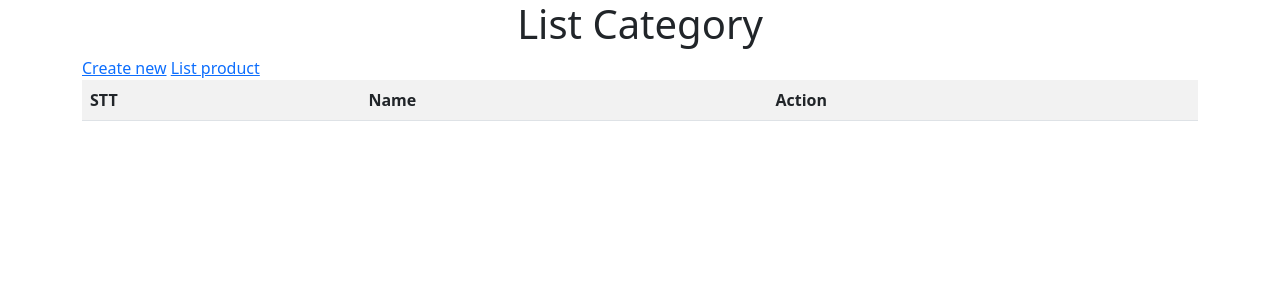
Repository: hongquan16101995/servlet-jw0124
Page: http://localhost/demo/categories?action=createPost
An editor plug-in stored every save of this project. The page is shown before and after the next save, followed by the edit.
The browser window is 1280 px wide. The pictures show the whole page.
The page is served by Tomcat 9. Other server files are loaded and not shown.

Above is the page before, as saved 2024-05-14 12:26:50.

### demo/src/main/webapp/category/list.jsp
<%@ page language="java" contentType="text/html; charset=ISO-8859-1"
    pageEncoding="ISO-8859-1"%>
<%@ taglib prefix = "c" uri = "http://java.sun.com/jsp/jstl/core" %>
<!DOCTYPE html>
<html>
<head>
<meta charset="ISO-8859-1">
<title>Insert title here</title>
<link href="https://cdn.jsdelivr.net/npm/bootstrap@5.0.2/dist/css/bootstrap.min.css" rel="stylesheet" integrity="sha384-EVSTQN3/azprG1Anm3QDgpJLIm9Nao0Yz1ztcQTwFspd3yD65VohhpuuCOmLASjC" crossorigin="anonymous">
<script src="https://cdn.jsdelivr.net/npm/bootstrap@5.0.2/dist/js/bootstrap.bundle.min.js" integrity="sha384-MrcW6ZMFYlzcLA8Nl+NtUVF0sA7MsXsP1UyJoMp4YLEuNSfAP+JcXn/tWtIaxVXM" crossorigin="anonymous"></script>
<style type="text/css">
	h1 {
		text-align: center;
	}

	.btn-primary {
		margin-bottom: 20px;
	}
</style>
</head>
<body>
<div class="container">
<h1>List Category</h1>
<a href="/demo/categories?action=createGet">Create new</a>
<a href="/demo/products">List product</a>
<table class="table table-striped">
	<tr>
		<th>STT</th>
		<th>Name</th>
		<th>Action</th>
	</tr>
	<c:forEach items="${categories}" var="c" varStatus="cs">
	<tr>
		<td>${cs.count }</td>
		<td>${c.name }</td>
		<td><a href="/demo/categories?action=updateGet&id=${c.id }"><button>Edit</button></a></td>
	</tr>
	</c:forEach>
</table>
</div>
</body>
</html>

### demo/src/main/java/controller/CategoryServlet.java
package controller;

import java.io.IOException;
import java.util.List;

import javax.servlet.ServletException;
import javax.servlet.annotation.WebServlet;
import javax.servlet.http.HttpServlet;
import javax.servlet.http.HttpServletRequest;
import javax.servlet.http.HttpServletResponse;

import model.Category;
import service.CategoryService;

/**
 * Servlet implementation class CategoryServlet
 */
@WebServlet("/categories")
public class CategoryServlet extends HttpServlet {
	private static final long serialVersionUID = 1L;
	private CategoryService categoryService = CategoryService.getInstance();

	/**
	 * @see HttpServlet#doGet(HttpServletRequest request, HttpServletResponse response)
	 */
	protected void doGet(HttpServletRequest request, HttpServletResponse response) throws ServletException, IOException {
		// TODO Auto-generated method stub
		String action = request.getParameter("action");
		if (action == null) {
			action = "";
		}
		switch(action) {
			case "createGet":
				createGet(request, response);
				break;
			case "updateGet":
				updateGet(request, response);
				break;
			default:
				displayAllCategory(request, response);
				break;
		}
	}

	/**
	 * @see HttpServlet#doPost(HttpServletRequest request, HttpServletResponse response)
	 */
	protected void doPost(HttpServletRequest request, HttpServletResponse response) throws ServletException, IOException {
		// TODO Auto-generated method stub
		String action = request.getParameter("action");
		if (action == null) {
			action = "";
		}
		switch(action) {
			case "createPost":
				createPost(request, response);
				break;
			case "updatePost":
				updatePost(request, response);
				break;
		}
	}

	private void displayAllCategory(HttpServletRequest request, HttpServletResponse response) throws ServletException, IOException {
		List<Category> categories = categoryService.getCategories();
		request.setAttribute("categories", categories);
		request.getRequestDispatcher("category/list.jsp").forward(request, response);
	}

	private void createGet(HttpServletRequest request, HttpServletResponse response) throws ServletException, IOException {
		Category category = new Category();
		request.setAttribute("category", category);
		request.getRequestDispatcher("category/create.jsp").forward(request, response);
	}

	private void createPost(HttpServletRequest request, HttpServletResponse response) throws ServletException, IOException {
		int id = Integer.parseInt(request.getParameter("id"));
		String name = request.getParameter("name");
		categoryService.createCategory(new Category(id, name));
		response.sendRedirect("/demo/categories");
	}

	private void updateGet(HttpServletRequest request, HttpServletResponse response) throws ServletException, IOException {
		int id = Integer.parseInt(request.getParameter("id"));
		Category category = categoryService.getById(id);
		request.setAttribute("category", category);
		request.getRequestDispatcher("category/update.jsp").forward(request, response);
	}

	private void updatePost(HttpServletRequest request, HttpServletResponse response) throws ServletException, IOException {
		int id = Integer.parseInt(request.getParameter("id"));
		String name = request.getParameter("name");
		categoryService.updateCategory(id, new Category(id, name));
		response.sendRedirect("/demo/categories");
	}
}

After the next save:
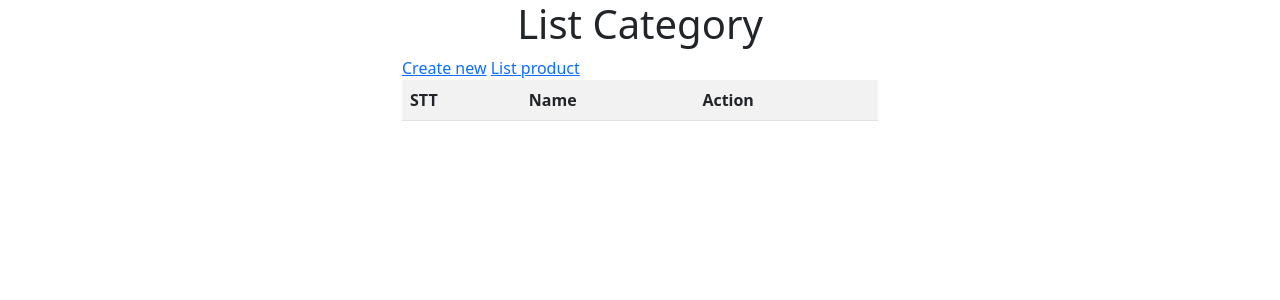
Saved 26 s later.
--- a/demo/src/main/webapp/category/list.jsp
+++ b/demo/src/main/webapp/category/list.jsp
@@ -15,6 +15,10 @@
 
 	.btn-primary {
 		margin-bottom: 20px;
+	}
+
+	.container {
+		width: 500px;
 	}
 </style>
 </head>
